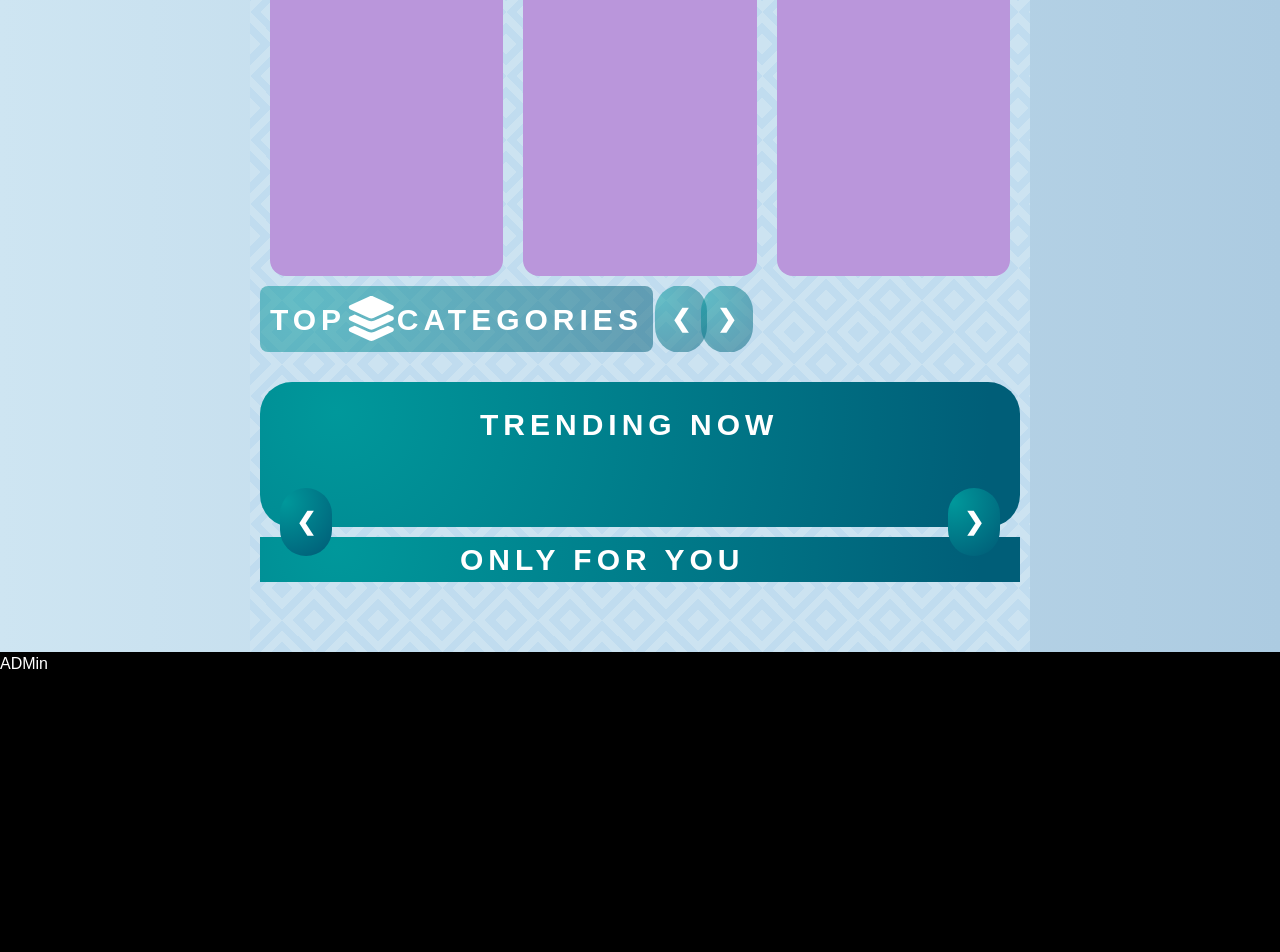
Repository: Shadman2024/2_1_DatabaseProject
Page: / (app in frontend/)
An editor plug-in stored every save of this project. The page is shown before and after the next save, followed by the edit.
The browser window is 1280 px wide. The pictures show the part of the page from y = 952 to 1904 px (the page is 1904 px tall).
The page's requests for data from a server got no answer. Some web libraries are served in a nearby version. The project was rebuilt for these pictures with package versions that can differ from the ones it lists, and the page was loaded fresh each time. No one was signed in, and anything a server would have sent is missing. Also part of the build but not shown: frontend/src/App.css, frontend/src/signUp/signup.js, frontend/src/logIn/login.js, frontend/src/Home/hero.js, frontend/src/Home/hero2.js, frontend/src/Home/hero3.js, frontend/src/Home/smallcategory.module.css, frontend/src/Home/smallcategory.js and 18 more.

Above is the page before, as saved 2024-03-08 01:36:46.

### frontend/public/index.html
<!DOCTYPE html>
<html lang="en">

<head>
  <meta charset="utf-8" />
  <link rel="icon" href="%PUBLIC_URL%/favicon.ico" />
  <meta name="viewport" content="width=device-width, initial-scale=1" />
  <meta name="theme-color" content="#000000" />
  <meta name="description" content="Web site created using create-react-app" />
  <link rel="apple-touch-icon" href="%PUBLIC_URL%/logo192.png" />
  <!--
      manifest.json provides metadata used when your web app is installed on a
      user's mobile device or desktop. See https://developers.google.com/web/fundamentals/web-app-manifest/
    -->
  <link rel="manifest" href="%PUBLIC_URL%/manifest.json" />
  <link href="https://cdn.jsdelivr.net/npm/bootstrap@5.0.2/dist/css/bootstrap.min.css" rel="stylesheet"
    integrity="sha384-EVSTQN3/azprG1Anm3QDgpJLIm9Nao0Yz1ztcQTwFspd3yD65VohhpuuCOmLASjC" crossorigin="anonymous">
  <!--
      Notice the use of %PUBLIC_URL% in the tags above.
      It will be replaced with the URL of the `public` folder during the build.
      Only files inside the `public` folder can be referenced from the HTML.

      Unlike "/favicon.ico" or "favicon.ico", "%PUBLIC_URL%/favicon.ico" will
      work correctly both with client-side routing and a non-root public URL.
      Learn how to configure a non-root public URL by running `npm run build`.
    -->
  <title>React App</title>
</head>

<body style="background: linear-gradient(to right, #cee5f2, #accbe1);
/* Other styles */
margin: 0;
height: 100vh;
color: white;">
<!-- <body style="background: #1B1B1B"> -->


  <noscript>You need to enable JavaScript to run this app.</noscript>
  <div id="root"></div>
  <!--
      This HTML file is a template.
      If you open it directly in the browser, you will see an empty page.

      You can add webfonts, meta tags, or analytics to this file.
      The build step will place the bundled scripts into the <body> tag.

      To begin the development, run `npm start` or `yarn start`.
      To create a production bundle, use `npm run build` or `yarn build`.
    -->
  <script src="https://cdn.jsdelivr.net/npm/bootstrap@5.0.2/dist/js/bootstrap.bundle.min.js"
    integrity="sha384-MrcW6ZMFYlzcLA8Nl+NtUVF0sA7MsXsP1UyJoMp4YLEuNSfAP+JcXn/tWtIaxVXM"
    crossorigin="anonymous"></script>
  <script src="https://cdn.jsdelivr.net/npm/@popperjs/core@2.9.2/dist/umd/popper.min.js"
    integrity="sha384-IQsoLXl5PILFhosVNubq5LC7Qb9DXgDA9i+tQ8Zj3iwWAwPtgFTxbJ8NT4GN1R8p"
    crossorigin="anonymous"></script>
  <script src="https://cdn.jsdelivr.net/npm/bootstrap@5.0.2/dist/js/bootstrap.min.js"
    integrity="sha384-cVKIPhGWiC2Al4u+LWgxfKTRIcfu0JTxR+EQDz/bgldoEyl4H0zUF0QKbrJ0EcQF"
    crossorigin="anonymous"></script>
  <script src="https://code.jquery.com/jquery-3.2.1.slim.min.js"
    integrity="sha384-KJ3o2DKtIkvYIK3UENzmM7KCkRr/rE9/Qpg6aAZGJwFDMVNA/GpGFF93hXpG5KkN"
    crossorigin="anonymous"></script>
  <script src="https://cdnjs.cloudflare.com/ajax/libs/popper.js/1.12.3/umd/popper.min.js"
    integrity="sha384-vFJXuSJphROIrBnz7yo7oB41mKfc8JzQZiCq4NCceLEaO4IHwicKwpJf9c9IpFgh"
    crossorigin="anonymous"></script>
  <script src="https://maxcdn.bootstrapcdn.com/bootstrap/4.0.0-beta.2/js/bootstrap.min.js"
    integrity="sha384-alpBpkh1PFOepccYVYDB4do5UnbKysX5WZXm3XxPqe5iKTfUKjNkCk9SaVuEZflJ"
    crossorigin="anonymous"></script>


</body>

</html>

### frontend/src/index.css
*{
  margin: 0;
  outline: none;
}
body {
  margin: 0;
  font-family: -apple-system, BlinkMacSystemFont, 'Segoe UI', 'Roboto', 'Oxygen',
    'Ubuntu', 'Cantarell', 'Fira Sans', 'Droid Sans', 'Helvetica Neue',
    sans-serif;
  -webkit-font-smoothing: antialiased;
  -moz-osx-font-smoothing: grayscale;
}

code {
  font-family: source-code-pro, Menlo, Monaco, Consolas, 'Courier New',
    monospace;
}
html {
  scroll-behavior: smooth;
  position: relative;
  min-height: 100%;
  overflow-x: hidden;
}

### frontend/src/logIn/login.module.css


.login_box {
  position: absolute;
  top: 50%;
  left: 50%;
  width: 400px;
  padding: 40px;
  margin: 20px auto;
  transform: translate(-50%, -55%);
  background-image: radial-gradient( circle farthest-corner at 10% 20%,  rgba(0,152,155,1) 0.1%, rgba(0,94,120,1) 94.2% );
  box-sizing: border-box;
  box-shadow: 0 15px 25px rgba(0, 0, 0, .6);
  border-radius: 10px;
  color: #ffffff;
  font-size: large;
  /* padding-left: 100px;
  padding-right: 100px; */
}

.login_box .user_box {
  position: relative;
}

.login_box .user_box input {
  width: 100%;
  padding: 10px 0;
  font-size: 16px;
  color: #fffdfd;
  margin-bottom: 30px;
  border: none;
  /* background-color: #0F1F2A; */
  border-bottom: 1px solid #ffffff;
  outline: none;
  background: transparent;
  font-size: larger;
  /* font-weight: bolder; */
}

.login_box .user_box label {
  position: absolute;
  top: -20px;
  left: 0;
  padding: 10px 0;
  font-size: 20px;
  color: #ffffff;
  /* background-color: #2E5D7F; */
  pointer-events: none;
  transition: .5s;
  font-size: large;
  /* padding: 0px;
  padding-left: 20%;
  padding-right: 20%; */
  font-weight: bold;
}

.login_box .user_box input:focus~label,
.login_box .user_box input:valid~label {
  /* top: -20px; */
  left: 0;
  color: #ffffff;
  font-size: 20px;
  /* background-color: #242424; */
  padding: 0px;
  padding-left: 10px;
  padding-right: 10px;
  font-weight: bolder;
}


.login_box p:first-child {
  margin: 0 0 30px;
  padding: 0;
  color: #ffffff;
  text-align: center;
  font-size: 1.5rem;
  font-weight: bold;
  letter-spacing: 1px;
  padding-bottom: 30px;
}




.animated_button {
  position: relative;
  display: inline-block;
  padding: 12px 24px;
  border: none;
  font-size: 16px;
  background-color: inherit;
  border-radius: 100px;
  font-weight: 600;
  color: #ffffff;
  box-shadow: 0 0 0 2px #ffffff00;
  cursor: pointer;
  overflow: hidden;
  transition: all 0.6s cubic-bezier(0.23, 1, 0.320, 1);
  text-align: center;
  font-size: 1.2rem;
  /* font-weight: bold; */
  letter-spacing: 1px;
  /* padding-bottom: 30px; */
}

.animated_button span:last-child {
  position: absolute;
  top: 50%;
  left: 50%;
  transform: translate(-50%, -50%);
  width: 20px;
  height: 20px;
  background-color: #fff;
  /* color: #000; */
  border-radius: 50%;
  opacity: 0;
  transition: all 0.8s cubic-bezier(0.23, 1, 0.320, 1);
}

.animated_button span:first-child {
  position: relative;
  z-index: 1;
}

.animated_button:hover {
  box-shadow: 0 0 0 3px #ffffff;
  color: #2F0332;
}

.animated_button:active {
  scale: 0.95;
}

.animated_button:hover span:last-child {
  width: 150px;
  height: 150px;
  opacity: 1;
}

input {
  color: white;
  background-color: black;
}

::-ms-reveal {
  filter: invert(100%);
}

### frontend/src/Home/home.module.css
._hero{

}
.home{
  padding-left: 250px;
  padding-right: 250px;
}
.trendingNow{
background-image: radial-gradient( circle farthest-corner at 10% 20%,  rgba(0,152,155,1) 0.1%, rgba(0,94,120,1) 94.2% );
  padding: 20px;
  /* border: 2px solid #3F0442; */
  border-radius: 2rem;
  margin-bottom: 10px;
  margin-top: 10px;
}
.container{
  background: linear-gradient(45deg,#0000 calc(25%/3), #c0dcef 0 calc(50%/3),
  #0000 0 calc(250%/3), #c0dcef 0 calc(275%/3),
  #0000 0),linear-gradient( 45deg,#c0dcef calc(25%/3), #0000 0 calc(50%/3),
  #c0dcef 0 25%, #0000 0 75%,
  #c0dcef 0 calc(250%/3), #0000 0 calc(275%/3),
  #c0dcef 0),
  linear-gradient(-45deg,#0000 calc(25%/3), #c0dcef 0 calc(50%/3),
  #0000 0 calc(250%/3), #c0dcef 0 calc(275%/3),
  #0000 0),linear-gradient(-45deg,#c0dcef calc(25%/3), #0000 0 calc(50%/3),
  #c0dcef 0 25%, #0000 0 75%,
  #c0dcef 0 calc(250%/3), #0000 0 calc(275%/3),
  #c0dcef 0)
  #cce3f1;
background-size: 64px 64px;
background-position: 0 0, 32px  32px;

padding: 10px;





}

### frontend/src/orders/orders.module.css
/* orders.module.css */
.orders_container {
  padding: 20px;
  /* background: #f5f5f5; */
  border-radius: 8px;
  /* box-shadow: 0 2px 4px rgba(0,0,0,0.1); */
  margin-left: 250px;
  margin-right: 250px;
  margin-left: 250px;
  margin-top: 40px;
  margin-right: 250px;
  padding: 20px;
  /* background-color: #f9f9f9; */
  border-radius: 8px;
  box-shadow: 0 2px 4px rgba(0,0,0,0.3);
  background-color: #97adda;
}

.title {
  font-size: 30px;;
  color: rgb(255, 255, 255);
  font-weight: bolder;
  background-image: radial-gradient( circle farthest-corner at 10% 20%,  rgba(0,152,155,50%) 0.1%, rgba(0,94,120,50%) 94.2% );
  margin-top: 0px;
  /* background-color: #ba96db; */
  letter-spacing: 5px;
  margin-bottom: 0px;
  padding-bottom: 0px;
  border-radius: 0.5rem;
  padding: 10px;
  text-align: center;
  border-radius: 1rem 1rem 1rem 1rem;
  margin-bottom: 10px;
}

.order {
  /* background: #ffffff; */
  padding: 15px;
  margin-bottom: 20px;
  /* border-radius: 8px; */
  /* box-shadow: 0 1px 3px rgba(0,0,0,0.12), 0 1px 2px rgba(0,0,0,0.24); */
  font-size: 20px;
  border-radius: 1rem 1rem 1rem 1rem;
  background-color: white;
}

.order h3 {
  color: #0275d8;
  font-size: 20px;
  margin-top: 0;
  margin-bottom: 10px;
}

.order p {
  color: #313131;
  margin: 5px 0;
}

ul {
  list-style-type: none;
  padding: 0;
}

li {
  margin: 5px 0;
  color: #363636;
}

strong {
  color: #333;
}

/* Specific styles for shipping and payment sections */
.order > div {
  margin-top: 10px;
  padding-top: 10px;
  border-top: 1px solid #eee;
}

/* Adjust the below properties as per your UI requirements */
.orders_table {
  width: 100%;
  border-collapse: collapse;
}

.orders_table th, .orders_table td {
  text-align: left;
  padding: 8px;
  border-bottom: 1px solid #ddd;
}

.orders_table th {
  background-color: #f9f9f9;
}
.orders_table {
  width: 100%;
  margin-top: 10px;
  border-collapse: collapse;
}

.orders_table th, .orders_table td {
  text-align: left;
  padding: 8px;
  border-bottom: 1px solid #ddd;
}

.orders_table th {
  background-color: teal;
  /* color: #313131; */
}
.orders_table td {
  background-color: #e0e0e0;
  color: #313131;
}

### frontend/src/Home/hero.module.css
.hero {
    /* height: 100vh; */
    background: linear-gradient(180deg, #fde1ff, #e1ffea22 60%);
    display: flex;
    margin-bottom: 25px;
}

.hero_left {
    flex: 1;
    display: flex;
    flex-direction: column;
    /* justify-content: center; */
    padding-top: 10px;
    gap: 2px;
    padding-left: 10px;
    line-height: 1.1;
}

.hero_left h2 {
    color: rgb(41, 0, 35);
    font-size: 26 px;
    font-weight: 600;
}

.hero_left p {
    color: rgb(50, 0, 54);
    font-size: 100px;
    font-weight: 600;
}

.hero_hand_icon {
    display: flex;
    align-items: center;
    gap: 20px;
}

.image {
    /* max-width: 100%; */
    width: 199%;
    height: 500px;
    display: block; /* Ensure images resize within their container */
    border: 2px solid black;
    border-radius: 0.4rem;
  }

/* .hero-latest-btn{
    display: flex;
    justify-content: center;
    align-items: center;
    gap: 15px;
    width: 310px;
    height: 70px;
    background: #3d1a3f;
    color: white;
    font-size: 22px;
    font-weight: 500;

} */

.hero_right {
    flex: 1;
    display: flex;
    align-items: center;
    justify-content: center;
}

button {
    position: relative;
    display: inline-block;
    cursor: pointer;
    outline: none;
    border: 0;
    vertical-align: middle;
    text-decoration: none;
    background: transparent;
    padding: 0;
    font-size: inherit;
    font-family: inherit;
}

button.learn_more {
    width: 12rem;
    height: auto;
}

button.learn_more .circle {
    transition: all 0.45s cubic-bezier(0.65, 0, 0.076, 1);
    position: relative;
    display: block;
    margin: 0;
    width: 3rem;
    height: 3rem;
    background: #ffffff;
    border-radius: 1.625rem;
}

button.learn_more .circle .icon {
    transition: all 0.45s cubic-bezier(0.65, 0, 0.076, 1);
    position: absolute;
    top: 0;
    bottom: 0;
    margin: auto;
    background: #ffffff;
}

button.learn_more .circle .icon {
    transition: all 0.45s cubic-bezier(0.65, 0, 0.076, 1);
    left: 0.625rem;
    width: 1.125rem;
    height: 0.125rem;
    background: none;
}

button.learn_more .circle .icon::before {
    position: absolute;
    content: "";
    top: -0.29rem;
    right: 0.0625rem;
    width: 0.625rem;
    height: 0.625rem;
    border-top: 0.125rem solid #020202;
    border-right: 0.125rem solid #000000;
    transform: rotate(45deg);
}

button.learn_more .button_text {
    transition: all 0.45s cubic-bezier(0.65, 0, 0.076, 1);
    position: absolute;
    top: 0;
    left: 0;
    right: 0;
    bottom: 0;
    padding: 0.75rem 0;
    margin: 0 0 0 1.85rem;
    color: #ffffff;
    font-weight: 700;
    line-height: 1.6;
    text-align: center;
    text-transform: uppercase;
}

button:hover .circle {
    width: 100%;
}

button:hover .circle .icon{
    background: #000000;
    transform: translate(1rem, 0);
}

button:hover .button_text {
    color: #000000;
}

### frontend/src/Item/miniItemPage.module.css

.wrapper {
    display: flex;
    position: relative;
    margin-left: 200px;
    margin-right: 100px;
    padding-top: 50px;
    overflow-x: auto;
    margin-left: 50px;
    margin-right: 50px;
    flex-grow: 1;
}

.wrapper .item {
    padding: 10px;
    /* padding-top: 130px; */
    /* padding-bottom: 20px; */
    /* margin: 1px; */
    width: 400px;
    height: 500px;
    text-align: center;
    border-radius: 1.7rem;
    /* background-color: antiquewhite; */
    /* box-sizing: border-box; */
}

.wrapper::-webkit-scrollbar{
    width: 0;
    /* color: blueviolet; */
    /* background-color: rgb(228, 189, 221); */
}
.wrapper .item:hover{
    /* rgb(216, 207, 195); */
    /* background-color: rgb(216, 130, 190); */
    /* background-color: rgb(228, 189, 221); */
}


.topCategories {
    display: flex;
    flex-direction: column; /* Aligns children (title and wrapper) in a column */
    /* align-items: center;   */
    justify-content: center;
    /* padding-top: 40px; */
    /* margin-bottom: 70px; */
    /* padding-left: 30px; */
}

.title {
    /* Add styles for your title here */
    margin-bottom: 10px; /* Example space between title and wrapper */
    font-size: 30px;;
    color: rgb(255, 255, 255);
    font-weight: bolder;
    padding-left: 200px;
    /* background-color: #f08080; */
    margin-top: 0px;
    letter-spacing: 5px;
}

/* /////////////////// */
.arrow {
    cursor: pointer;
    position:fixed;
    /* top: 50%; */
    width: auto;
    padding: 16px;
    margin-top: -22px;
    color: white;
    font-weight: bold;
    font-size: 24px;
    transition: 0.6s ease;
    border-radius: 0 3px 3px 0;
    user-select: none;
}

.arrow:hover {
    background-color: rgba(0, 0, 0, 0.8);
}

.left_arrow {
    margin-top: 40px;
    left: 0;
    border-radius: 2rem;
    /* border-radius: 3px 0 0 3px; */
    background-image: radial-gradient( circle farthest-corner at 10% 20%,  rgba(0,152,155,1) 0.1%, rgba(0,94,120,1) 94.2% );
}

.right_arrow {
    margin-top: 40px;
    right: 0;
    border-radius: 2rem;
    background-image: radial-gradient( circle farthest-corner at 10% 20%,  rgba(0,152,155,1) 0.1%, rgba(0,94,120,1) 94.2% );
}
.wrapperContainer {
    position: relative; /* Add this */
    display: flex;
    align-items: center; /* Centers the arrows vertically */
}


.arrow {
    cursor: pointer;
    position: absolute; /* This positions the arrow relative to the wrapperContainer */
    top: 50%;
    transform: translateY(-50%); /* This centers the arrow vertically */
    z-index: 1; /* Ensures arrows are above other elements */
    /* Other styles... */
}

### frontend/src/Item/allItem.module.css
.wrapperContainer {
    /* background-color: #94297E; */
    /* box-shadow: 0px 4px 4px #8d5288; Example shadow */
    padding-left: 50px;
}

.wrapper {
    display: flex;
    flex-wrap: wrap;
    /* position: relative; Add this to position your arrows absolutely relative to this container */
    /* margin-left: 200px; */
    /* margin-right: 100px; */
    padding-top: 50px;
    /* overflow-x: auto; */
    flex-grow: 1;
}

.wrapper .item {
    padding: 10px;
    /* padding-top: 130px; */
    /* padding-bottom: 20px; */
    /* margin: 1px; */

    /* Set width and height to the same value */
    /* width: 400px; for example */
    /* height: 500px; same as width to make it square */

    text-align: center;
    border-radius: 1.7rem;
    /* background-color: antiquewhite; */

    /* Optional: if you want the total size including padding to be square */
    /* box-sizing: border-box; */
}

.wrapper::-webkit-scrollbar {
    width: 0;
    /* color: blueviolet; */
    /* background-color: rgb(228, 189, 221); */
}



.topCategories {
    display: flex;
    flex-direction: column;
    /* Aligns children (title and wrapper) in a column */
    /* align-items: center;   */
    justify-content: center;
    /* padding-top: 40px; */
    /* margin-bottom: 70px; */
    /* padding-left: 30px; */
}

.title {
    /* Add styles for your title here */
    margin-bottom: 10px;
    /* Example space between title and wrapper */
    font-size: 30px;
    ;
    color: rgb(255, 255, 255);
    font-weight: bolder;
    padding-left: 200px;
    background: #94297E;
    background-image: radial-gradient( circle farthest-corner at 10% 20%,  rgba(0,152,155,1) 0.1%, rgba(0,94,120,1) 94.2% );
    margin-top: 0px;
    letter-spacing: 5px;
}

/* /////////////////// */
.arrow {
    cursor: pointer;
    position: fixed;
    /* top: 50%; */
    width: auto;
    padding: 16px;
    margin-top: -22px;
    color: white;
    font-weight: bold;
    font-size: 24px;
    transition: 0.6s ease;
    border-radius: 0 3px 3px 0;
    user-select: none;
}

.arrow:hover {
    background-color: rgba(0, 0, 0, 0.8);
}


.wrapperContainer {
    position: relative;
    /* Add this */
    display: flex;
    align-items: center;
    /* Centers the arrows vertically */
}


.arrow {
    cursor: pointer;
    position: absolute;
    /* This positions the arrow relative to the wrapperContainer */
    top: 50%;
    transform: translateY(-50%);
    /* This centers the arrow vertically */
    z-index: 1;
    /* Ensures arrows are above other elements */
    /* Other styles... */
}

### frontend/src/top/top.module.css
.container{
    display: flex;
    /* background-color: blue; */
}
.topitem{
    background-color: #ba96db;
    padding: 10px;
    width: 50%;
    margin: 10px;
    border-radius: 1rem 1rem 1rem 1rem;
}
.topseller{
    background-color: #96addb;
    /* background-color: black; */
    padding: 10px;
    width: 50%;
    margin: 10px;
    border-radius: 1rem 1rem 1rem 1rem;
}
.topdiscount{
    background-color: #96db9d;
    /* background-color: black; */
    padding: 10px;
    width: 50%;
    margin: 10px;
    border-radius: 1rem 1rem 1rem 1rem;
}
.title {
    font-size: 30px;;
    color: rgb(255, 255, 255);
    font-weight: bolder;
    background-image: radial-gradient( circle farthest-corner at 10% 20%,  rgba(0,152,155,50%) 0.1%, rgba(0,94,120,50%) 94.2% );
    margin-top: 0px;
    /* background-color: #ba96db; */
    letter-spacing: 5px;
    margin-bottom: 0px;
    padding-bottom: 0px;
    border-radius: 0.5rem;
    padding: 10px;
    text-align: center;
    border-radius: 1rem 1rem 0rem 0rem;
}
.options{
    display: flex;
    background-color: rgba(0,152,155,50%);
    /* height: 50px; */
    border-radius: 0rem 0rem 1rem 1rem;
}
.optn{
    width: 50%;
    text-align: center;
    font-size: 20px;;
    font-weight: lighter;
    cursor: pointer;
    border-radius: 0rem 0rem 1rem 1rem;

}
.active {
    background-color: #85b9e4;
    color: rgb(255, 255, 255);

  }

.contentcontainer {
    /* background-color: black; */
    /* display: flex; */
    height: 500px;
    overflow-y: scroll;

    /* Hide scrollbar for IE, Edge, and Firefox */
    -ms-overflow-style: none;  /* IE and Edge */
    scrollbar-width: none;  /* Firefox */

    /* Hide scrollbar for Chrome, Safari, and Opera */
    &::-webkit-scrollbar {
        display: none;
    }
}

.content{
    background-color: rgb(251, 255, 255);
    margin-top: 10px;
    height: 100px;
    width: 100%;
    border-radius: 1rem 1rem 1rem 1rem;
    display: flex;
    padding: 5px;
    gap:10px;
    place-items: center;
}
.number,.image,.details{
    color: black;
    /* height: 100%; */
}
.number{
    width: 15%;
    text-align: center;
    font-size: 30px;
}
.image{
    width: 10%;
    text-align: center;
    /* color:darkcyan; */
}
.details{
    width: 60%;
    text-align: left;
}
.itemimage{
    /* height:100%; */
    width: 75%;
}
.name,.rating{
    color: black;
    font-size: 20px;
    font-weight: lighter;
}
.ordered{
    color: rgb(58, 58, 58);
    font-size: 15px;
    font-weight: lighter;
}

### frontend/src/Home/footer.module.css
.container{
    background-image: linear-gradient(to bottom, rgba(0, 0, 0, 1) 0%, rgba(0, 0, 0,1)100%);
    height: 300px;
}

Loaded but not shown: frontend/src/top/top.js (150 lines, source omitted); frontend/src/NavBar/nav.js (82 lines, source omitted); frontend/src/Item/miniItemPage.js (75 lines, source omitted); frontend/src/App.js (63 lines, source omitted); frontend/src/Home/heroCategory.js (61 lines, source omitted); frontend/src/Item/allItem.js (52 lines, source omitted); frontend/src/Home/home.js (35 lines, source omitted); frontend/src/Home/footer.js (17 lines, source omitted); frontend/src/index.js (10 lines, source omitted); frontend/src/seach/search.module.css (299 lines, source omitted); frontend/src/NavBar/nav.module.css (307 lines, source omitted); frontend/src/Home/herocategory.module.css (138 lines, source omitted); frontend/src/Home/hero2.module.css (153 lines, source omitted); frontend/src/Home/hero3.module.css (153 lines, source omitted); frontend/src/dashboard/dashboard.module.css (163 lines, source omitted); frontend/src/signUp/signup.module.css (152 lines, source omitted)

After the next save:
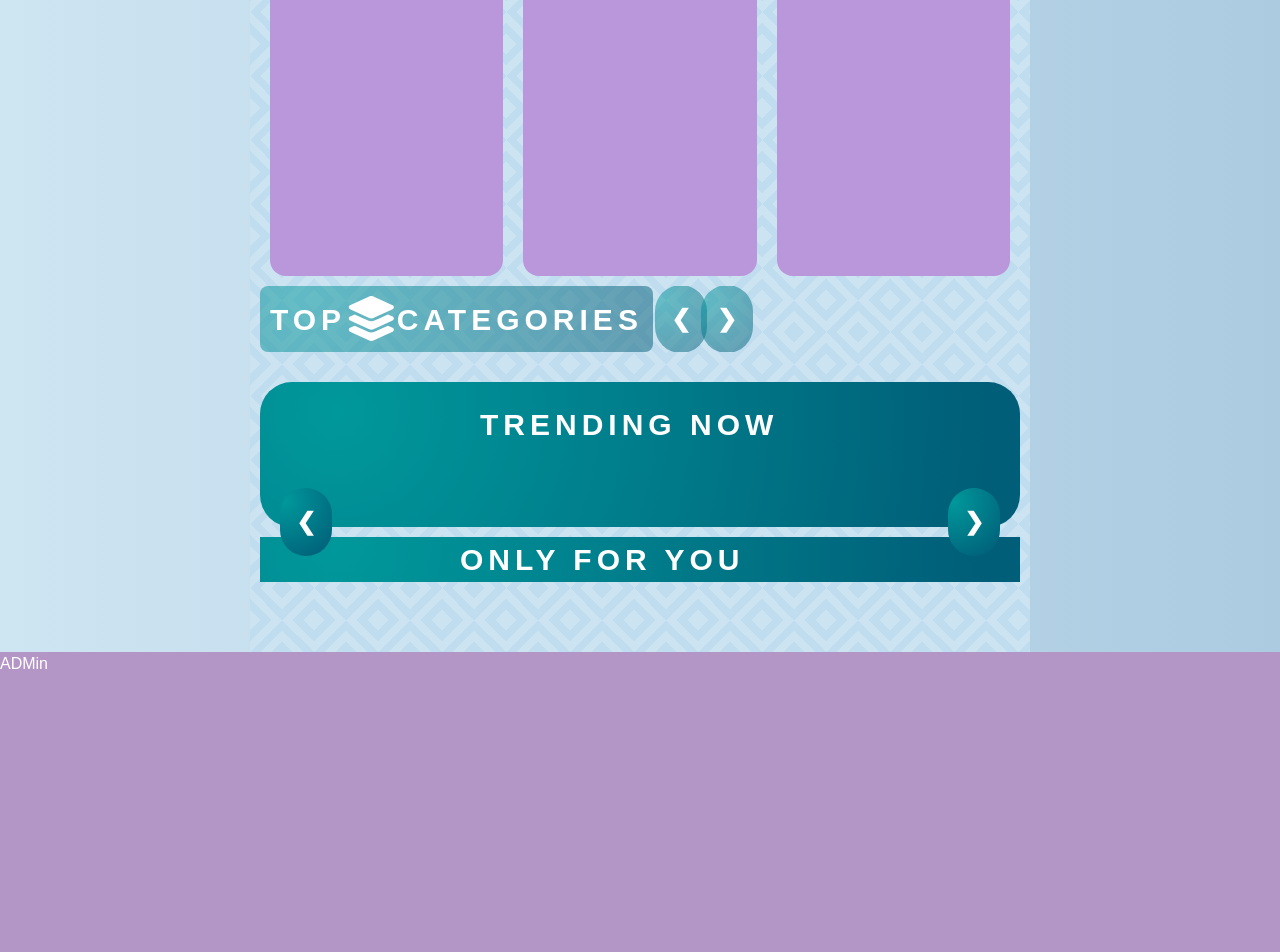
Saved 38 s later.
--- a/frontend/src/Home/footer.module.css
+++ b/frontend/src/Home/footer.module.css
@@ -1,4 +1,4 @@
 .container{
-    background-image: linear-gradient(to bottom, rgba(0, 0, 0, 1) 0%, rgba(0, 0, 0,1)100%);
+    background-color: #b396c6;
     height: 300px;
 }
